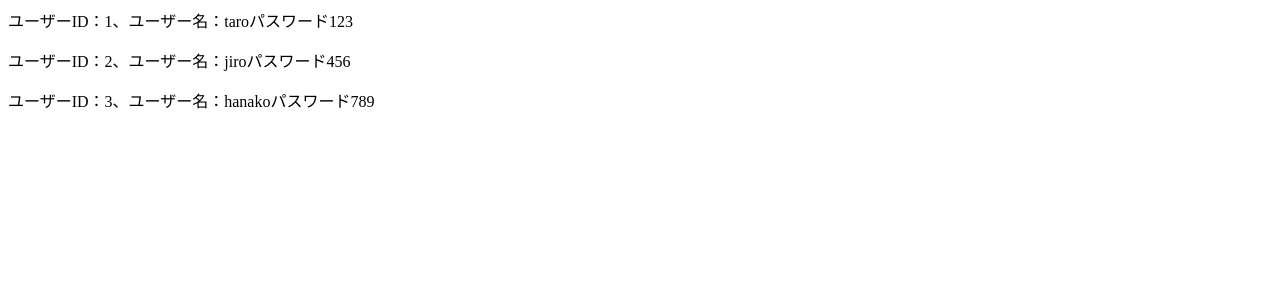
Repository: omochi2213/test
Page: http://localhost/HelloServlet/MySQLServlet
The author's editor kept a copy of each file at every save. The page is drawn from the files as they stood at one save, then again after the next save.
The browser window is 1280 px wide. The pictures show the whole page.
The page is served by Tomcat 9. The database holds what the project's SQL file puts in it.

Above is the page before, as saved 2018-08-24 05:43:33.

After the next save:
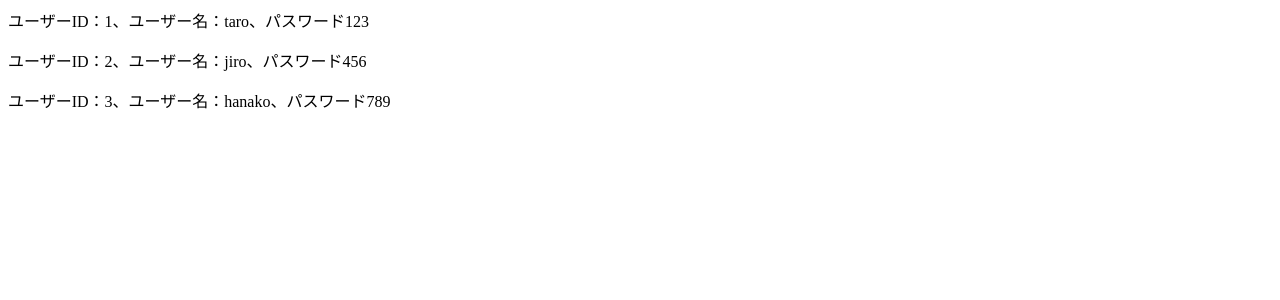
Saved 94 s later.
--- a/HelloServlet/src/MySQLServlet.java
+++ b/HelloServlet/src/MySQLServlet.java
@@ -49,7 +49,7 @@ public class MySQLServlet extends HttpServlet {
 				String userName=rs.getString("user_name");
 				String userPassword=rs.getString("password");
 				out.println("<p>ユーザーID："+userId+"、ユーザー名："+userName+
-						"パスワード"+userPassword+"</p>");
+						"、パスワード"+userPassword+"</p>");
 				}
 			rs.close();
 			stmt.close();
